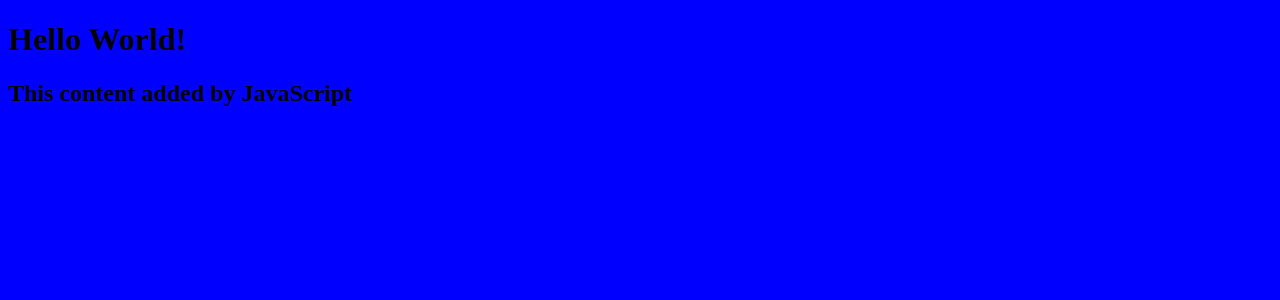
Repository: annferracane/phase-0-personal-website
Page: index.html
The author's editor kept a copy of each file at every save. The page is drawn from the files as they stood at one save, then again after the next save.
The browser window is 1280 px wide. The pictures show the whole page.

Above is the page before, as saved 2022-11-13 14:40:23.

### index.html

<!DOCTYPE html>
<html lang="en">
    <head>
        <link rel="stylesheet" href="./style.css" />
        <title>Ann Sample Personal Website</title>
    </head>
    <body>
        <h1>Hello World!</h1>
        <script src="script.js"></script>
    </body>
</html>

### script.js
const h2 = document.createElement("h2");
h2.textContent = "This content added by JavaScript";
document.querySelector("body").appendChild(h2);

Loaded but not shown: style.css (common file)

After the next save:
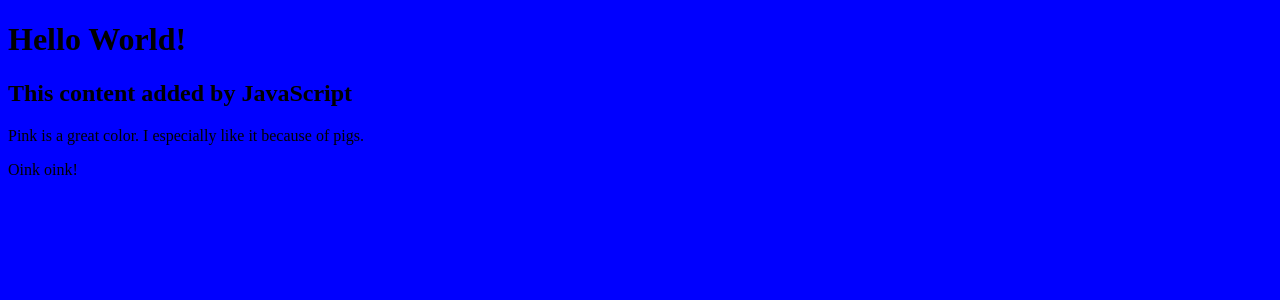
Saved 19 min 22 s later.
--- a/index.html
+++ b/index.html
@@ -8,5 +8,12 @@
     <body>
         <h1>Hello World!</h1>
         <script src="script.js"></script>
+        <div id="pink">
+
+            <p>Pink is a great color. I especially like it because of pigs.</p>
+
+            <p>Oink oink!</p>
+
+          </div>
     </body>
 </html>

After the save that followed:
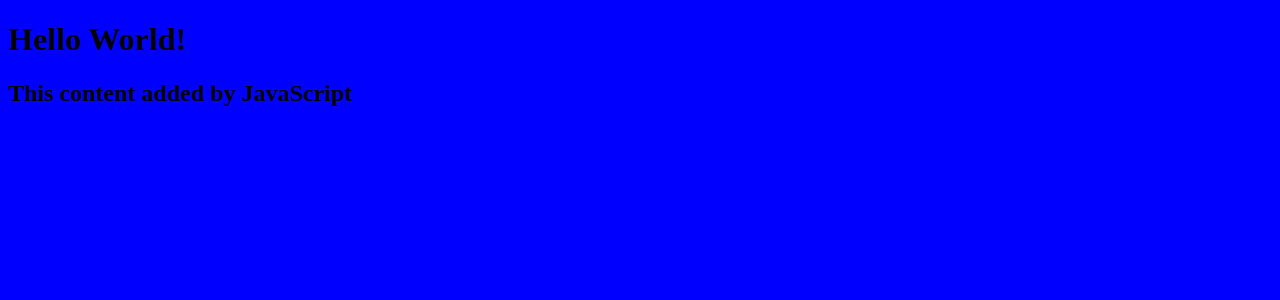
Saved 9 s later.
--- a/index.html
+++ b/index.html
@@ -8,12 +8,5 @@
     <body>
         <h1>Hello World!</h1>
         <script src="script.js"></script>
-        <div id="pink">
-
-            <p>Pink is a great color. I especially like it because of pigs.</p>
-
-            <p>Oink oink!</p>
-
-          </div>
     </body>
 </html>
